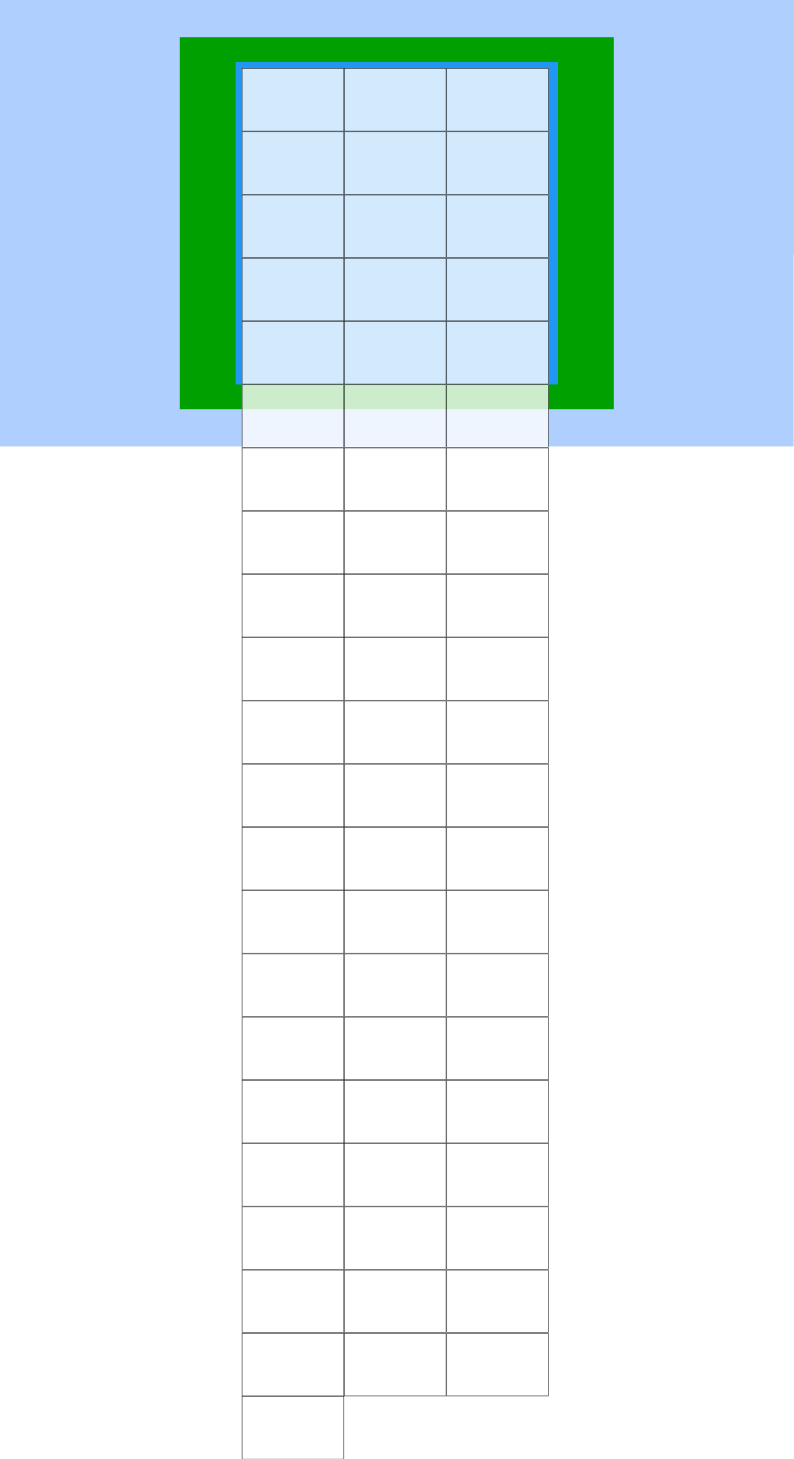
Repository: eliaoucohen72/react-reversi
Page: /
An editor plug-in stored every save of this project. The page is shown before and after a run of saves, followed by the edit.
The browser window is 1280 px wide. The pictures show the whole page, at 62% of full size.
The project was rebuilt for these pictures with package versions that can differ from the ones it lists, and the page was loaded fresh each time. Also part of the build but not shown: vite.config.ts.

Above is the page before, as saved 2024-08-26 12:48:11.

### src/App.tsx
import "./App.css";

function App() {
  const returnBoard = () => {
    return Array.from({ length: 64 }, (x, i) => {
      return <div className="grid-item">{x}</div>;
    });
  };

  return (
    <div
      style={{
        width: "100vw",
        height: "100vh",
        backgroundColor: "#afcffe",
        position: "relative",
      }}
    >
      <div
        style={{
          position: "absolute",
          width: "700px",
          height: "600px",
          backgroundColor: "#00a000",
          top: "50%",
          left: "50%",
          transform: "translate(-50%, -50%)",
          display: "flex",
          alignItems: "center",
          justifyContent: "center",
        }}
      >
        <div className="grid-container">{returnBoard()}</div>
      </div>
    </div>
  );
}

export default App;

### src/App.css
.grid-container {
  display: grid;
  grid-template-columns: 33% 33% 33%;
  background-color: #2196f3;
  padding: 10px;
  width: 500px;
  height: 500px;
}
.grid-item {
  background-color: rgba(255, 255, 255, 0.8);
  border: 1px solid rgba(0, 0, 0, 0.8);
  padding: 50px;
  font-size: 50px;
  text-align: center;
}

Loaded but not shown: index.html (common file); src/main.tsx (common file); src/index.css (common file)

After the next 4 saves:
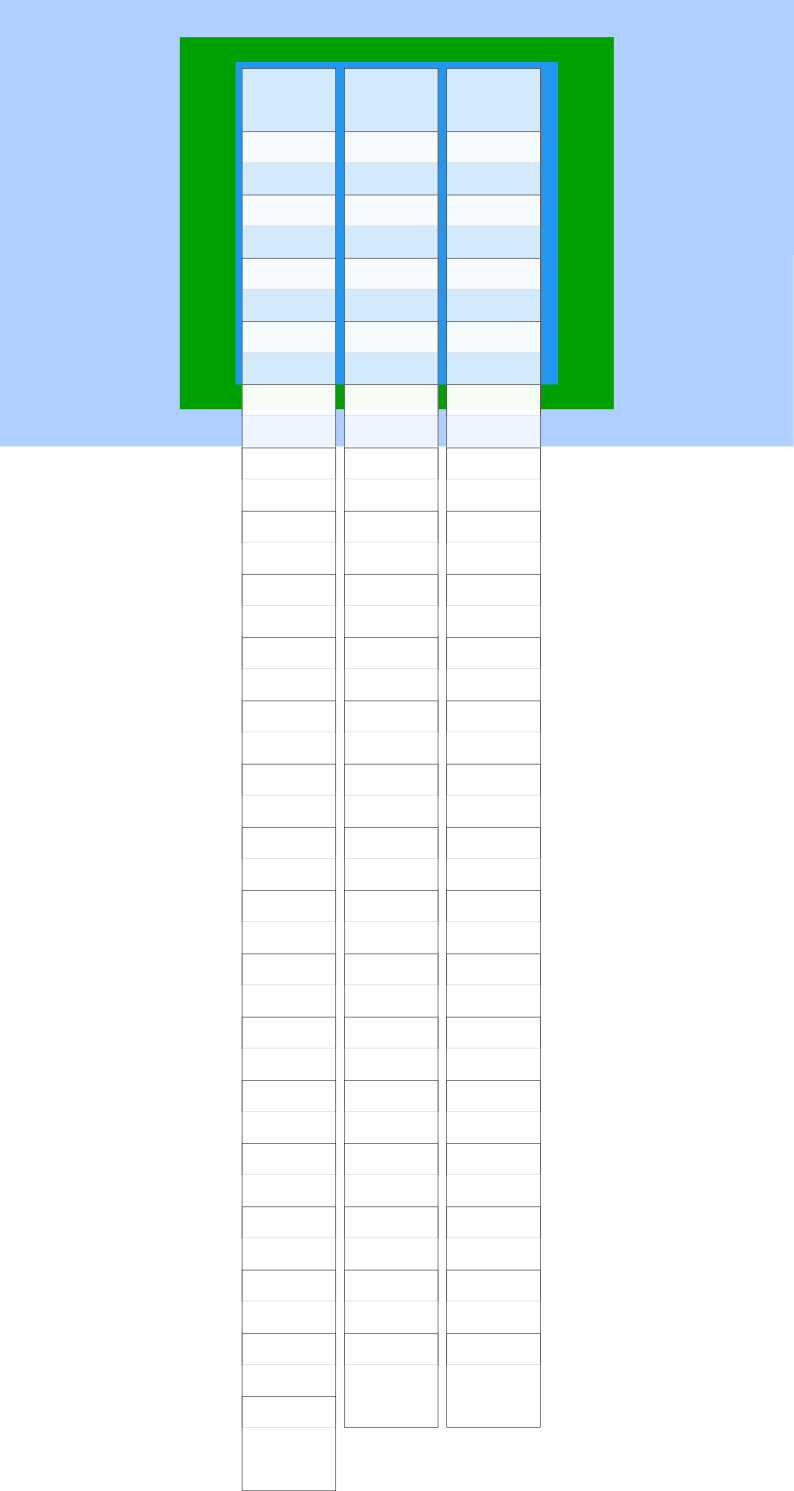
The 4 saves are shown as one change because they came seconds apart.
The last was saved 38 s later.
--- a/src/App.css
+++ b/src/App.css
@@ -12,4 +12,6 @@
   padding: 50px;
   font-size: 50px;
   text-align: center;
+  width: 50px;
+  height: 50%;
 }
